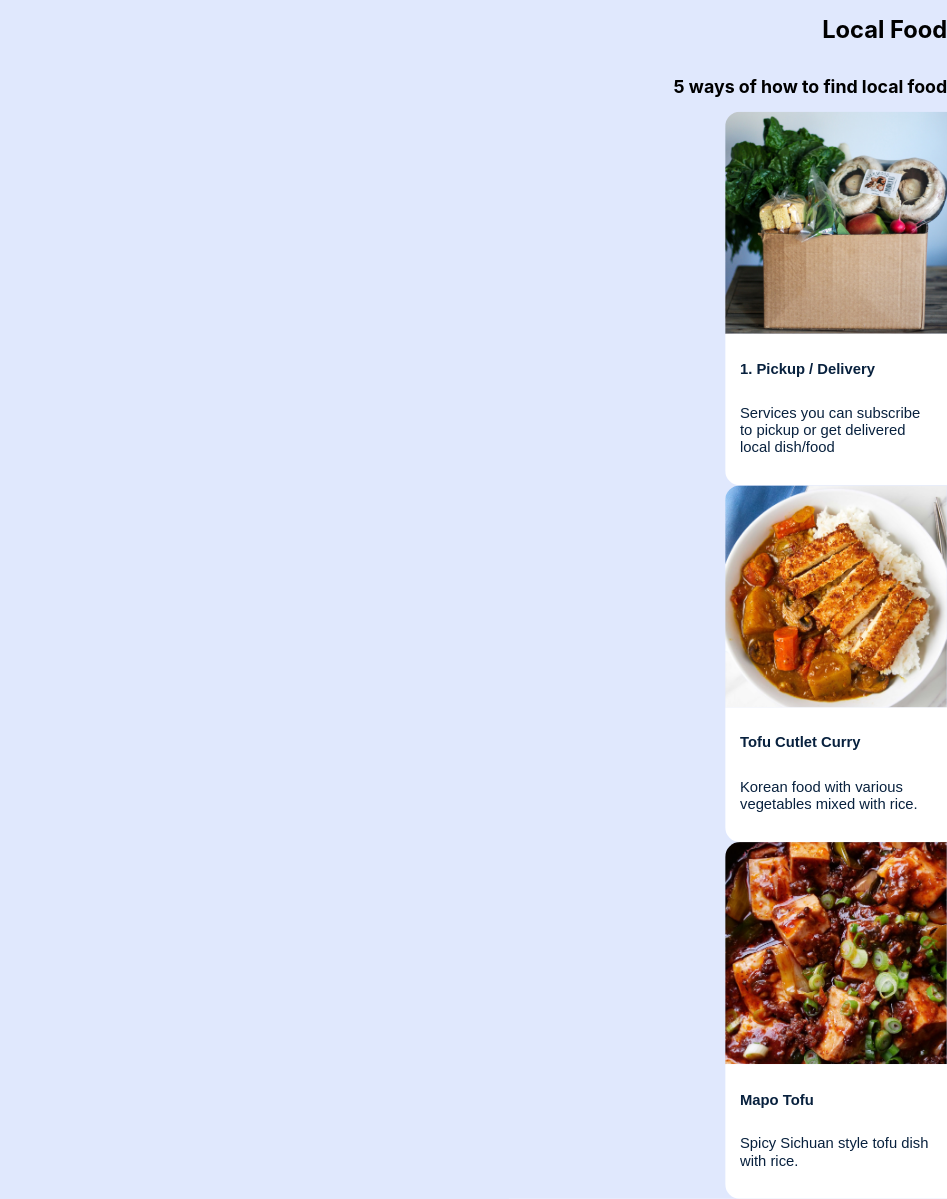
Repository: Kinakopan/design_mindfulEating_site
Page: /localfood (app in firstapp/)
These files come from the project's save history. The page is drawn as it stood at one moment and after the next save; the edit follows.
The browser window is 1280 px wide. The pictures show the whole page, at 74% of full size.
The project was rebuilt for these pictures with package versions that can differ from the ones it lists, and the page was loaded fresh each time. The framework's server and built-in components were replaced by stand-ins that run in the browser. Also part of the build but not shown: firstapp/next.config.js, firstapp/comps/Navbar/index.js.

Above is the page before, as saved 2022-04-21 20:09:47.

### firstapp/pages/localfood.js
import Navbar from "../comps/Navbar";
import LocalCard from "../comps/Localfood/LocalCard";

import styled from 'styled-components';

const StyledRecipes = styled.div`
    background-color:#E0E8FD;
    display:flex;
    flex-direction:column;
    align-items:end;
`;

// const BgChange = styled.div`
// background-color:#E0E8FD;
// `;


export default function LocalFood(){
    return (
    <StyledRecipes>
        {/* <BgChange> */}

        <h1>Local Food</h1>
        <h2>5 ways of how to find local food</h2>

            <LocalCard
            img="/localfood/picup.jpg"
            title="1. Pickup / Delivery"
            paragraph="Services you can subscribe to pickup or get delivered local dish/food"
            top="820px"
            />

            <LocalCard
            img="/recipes3.png"
            title="Tofu Cutlet Curry"
            paragraph="Korean food with various vegetables mixed with rice."
            top="1020px"
            />

            <LocalCard
            img="/recipes4.png"
            title="Mapo Tofu"
            paragraph="Spicy Sichuan style tofu dish with rice."
            top="1220px"
            />

        {/* </BgChange> */}
    </StyledRecipes>
    )
}

### firstapp/comps/Localfood/LocalCard.js

import styled from 'styled-components';

const StyledCard = styled.div`
    display:flex;
    flex-direction:column;
    color:${props=>props.text_color};
    height:auto;
    width:300px;
    font-family: 'm plus 1', sans-serif;
    border-radius: 20px 0 0 20px;
    overflow: hidden;
`;

const ImgBox = styled.div`
    height: 300px;
`;

const Img = styled.img`
    width: 100%;
    height: 100%;
    object-fit: cover;
`;

const TxtBox = styled.div`
    display:flex;
    flex-direction: column;
    background:#fff;
    padding: 20px;
`;

const Ttl = styled.h2`
    color:${props=>props.text_color};
    font-family: 'm plus 1', sans-serif;
    font-size:20px;
`;

const Txt = styled.p`
    color:${props=>props.text_color};
    font-family: 'm plus 1', sans-serif;
    font-size:20px;
`;

// const Para = styled(Title)`
// font-size:16px;
// `


export default function LocalCard({
  img="/recipes1.png",
  tcl="#08213E",
  title="1. Pickup / Delivery",
  paragraph="Services you can subscribe to pickup or get delivered local dish/food",
}){

  return <StyledCard text_color={tcl}>
    <ImgBox>
      <Img src={img} />
    </ImgBox>

    <TxtBox>
      <Ttl>{title}</Ttl>
      <Txt>{paragraph}</Txt>
    </TxtBox>

  </StyledCard>

}

Loaded but not shown: firstapp/pages/_app.js (common file); firstapp/styles/globals.css (common file)

After the next save:
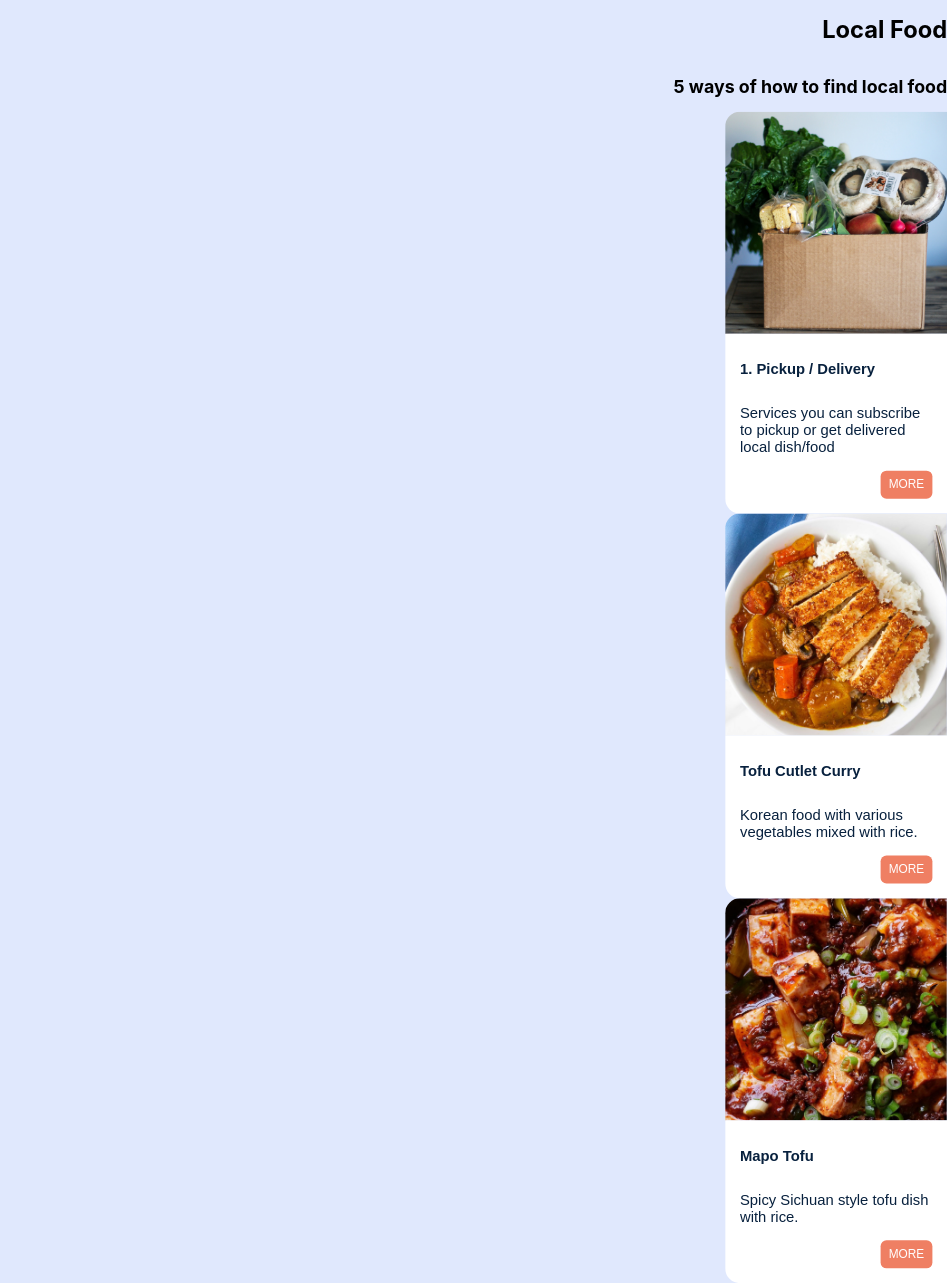
Saved 31 min 16 s later.
--- a/firstapp/comps/Localfood/LocalCard.js
+++ b/firstapp/comps/Localfood/LocalCard.js
@@ -27,12 +27,14 @@ const TxtBox = styled.div`
     flex-direction: column;
     background:#fff;
     padding: 20px;
+    align-items:end;
 `;
 
 const Ttl = styled.h2`
     color:${props=>props.text_color};
     font-family: 'm plus 1', sans-serif;
     font-size:20px;
+    width:100%;
 `;
 
 const Txt = styled.p`
@@ -41,9 +43,16 @@ const Txt = styled.p`
     font-size:20px;
 `;
 
-// const Para = styled(Title)`
-// font-size:16px;
-// `
+const Btn = styled.button`
+    color: #fff;
+    font-family: 'm plus 1',sans-serif;
+    background: #ef7f63;
+    border: none;
+    border-radius: 8px;
+    width: 70px;
+    font-size: 16px;
+    padding: 10px 0;
+`;
 
 
 export default function LocalCard({
@@ -51,6 +60,7 @@ export default function LocalCard({
   tcl="#08213E",
   title="1. Pickup / Delivery",
   paragraph="Services you can subscribe to pickup or get delivered local dish/food",
+  btntxt="MORE"
 }){
 
   return <StyledCard text_color={tcl}>
@@ -61,6 +71,7 @@ export default function LocalCard({
     <TxtBox>
       <Ttl>{title}</Ttl>
       <Txt>{paragraph}</Txt>
+      <Btn>{btntxt}</Btn>
     </TxtBox>
 
   </StyledCard>
